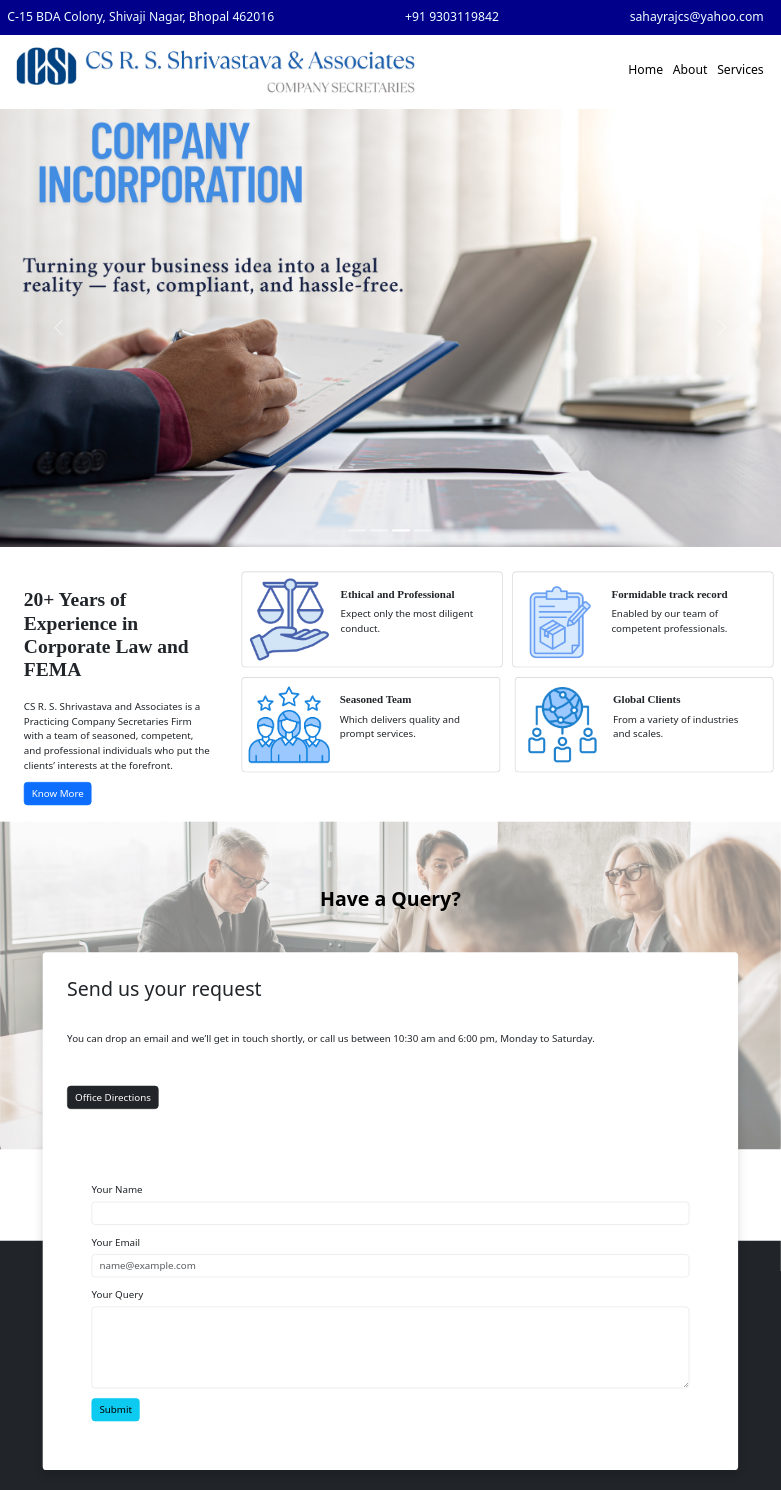
Repository: aayushiss/CS-RSS
Page: index.html
The author's editor kept a copy of each file at every save. The page is drawn from the files as they stood at one save, then again after the next save.
The browser window is 1280 px wide. The pictures show the whole page, at 61% of full size.

Above is the page before, as saved 2025-05-20 18:38:14.

### index.html
<!DOCTYPE html>
<html lang="en">

<head>
  <meta charset="UTF-8">
  <meta name="viewport" content="width=device-width, initial-scale=1.0">
  <title>R. S. Shrivastava</title>
  <link href="https://cdn.jsdelivr.net/npm/bootstrap@5.3.3/dist/css/bootstrap.min.css" rel="stylesheet"
    integrity="sha384-QWTKZyjpPEjISv5WaRU9OFeRpok6YctnYmDr5pNlyT2bRjXh0JMhjY6hW+ALEwIH" crossorigin="anonymous">
  <link rel="stylesheet" type="text/css" href="style.css">
</head>

<body>
  <nav class="navbar fixed-top custom-navbar">
    <div class="container-fluid d-flex justify-content-between">
      <a class="navbar-brand"
        href="https://www.google.com/maps/place/R+S+SHRIVASTAVA+%26+ASSOCIATES/@23.2288499,77.4244091,17z/data=!3m1!4b1!4m6!3m5!1s0x397c425fada83073:0xcb1e8ba90a487f4e!8m2!3d23.228845!4d77.426984!16s%2Fg%2F1td0r8v9?entry=ttu&g_ep=EgoyMDI1MDUxMi4wIKXMDSoASAFQAw%3D%3D"
        target="_blank">C-15 BDA Colony, Shivaji Nagar, Bhopal 462016</a>
      <a class="navbar-brand" href="" tel:+919303119842"">+91 9303119842</a>
      <a class="navbar-brand" href="mailto:sahayrajcs@yahoo.com">sahayrajcs@yahoo.com</a>
    </div>
  </nav>
  <div class="navbar-space"></div>

  <nav class="navbar sticky-top second-navbar bg-white">
    <div class="container-fluid d-flex justify-content-between align-items-center">
      <a class="navbar-brand" href="index.html">
        <img src="images/icsi logo.jpg" alt="Logo" height="100rem" class="d-inline-block align-text-top">
      </a>
      <!-- </div> -->
      <div class="d-flex">
        <a class="navbar-brand" href="index.html">Home</a>
        <a class="navbar-brand" href="about.html">About</a>
        <a class="navbar-brand" href="services.html">Services</a>
      </div>
  </nav>

  <div id="carouselExampleCaptions" class="carousel slide" data-bs-ride="carousel" data-bs-interval="2000"
    data-bs-pause="false">
    <div class="carousel-indicators">
      <button type="button" data-bs-target="#carouselExampleCaptions" data-bs-slide-to="0" class="active"
        aria-current="true" aria-label="Slide 1"></button>
      <button type="button" data-bs-target="#carouselExampleCaptions" data-bs-slide-to="1"
        aria-label="Slide 2"></button>
      <button type="button" data-bs-target="#carouselExampleCaptions" data-bs-slide-to="2"
        aria-label="Slide 3"></button>
      <button type="button" data-bs-target="#carouselExampleCaptions" data-bs-slide-to="3"
        aria-label="Slide 4"></button>
    </div>
    <div class="carousel-inner">
      <div class="carousel-item active">
        <img src="images/Trusted corporate governance partner.png" class="d-block w-100" alt="...">
        <div class="carousel-caption d-none d-md-block">
          <!-- <h5>First slide label</h5>
              <p>Some representative placeholder content for the first slide.</p> -->
        </div>
      </div>
      <div class="carousel-item">
        <img src="images/LegalConsultancy.png" class="d-block w-100" alt="...">
      </div>
      <div class="carousel-item">
        <img src="images/companyIncorporation.png" class="d-block w-100" alt="...">
      </div>
      <div class="carousel-item">
        <img src="images/annualFilingReturn.png" class="d-block w-100" alt="...">
      </div>
    </div>
    <button class="carousel-control-prev" type="button" data-bs-target="#carouselExampleCaptions" data-bs-slide="prev">
      <span class="carousel-control-prev-icon" aria-hidden="true"></span>
      <span class="visually-hidden">Previous</span>
    </button>
    <button class="carousel-control-next" type="button" data-bs-target="#carouselExampleCaptions" data-bs-slide="next">
      <span class="carousel-control-next-icon" aria-hidden="true"></span>
      <span class="visually-hidden">Next</span>
    </button>
  </div>
  <div class="container-fluid" style="margin-top: 40px;">

    <div class="row">
      <div class="col-auto" style="width: 30vw;">
        <div class="card" style="border-color: white;">
          <div class="card-body">
            <h5 class="card-title">20+ Years of
              Experience in Corporate Law and FEMA</h5>
            <p class="card-text" style="padding-top: 20px">CS R. S. Shrivastava and Associates is a Practicing Company
              Secretaries Firm with a team of seasoned, competent, and professional individuals who put the clients’
              interests at the forefront.</p>
            <a href="about.html" class="btn btn-primary">Know More</a>
          </div>
        </div>
      </div>
      <div class="col">
        <div class="row row-cols-2 g-3">
          <div class="col">
            <div class="card mb-3">
              <div class="row g-0">
                <div class="col-md-4">
                  <img src="images/8629542.png" class="img-fluid rounded-start" alt="...">
                </div>
                <div class="col-md-8">
                  <div class="card-body">
                    <h5 class="card-title">Ethical and Professional</h5>
                    <p class="card-text">Expect only the most diligent conduct.</p>
                  </div>
                </div>
              </div>
            </div>
          </div>
          <div class="col">
            <div class="card mb-3">
              <div class="row g-0">
                <div class="col-md-4">
                  <img src="images/16919209.png" class="img-fluid rounded-start" alt="...">
                </div>
                <div class="col-md-8">
                  <div class="card-body">
                    <h5 class="card-title">Formidable track record</h5>
                    <p class="card-text">Enabled by our team of competent professionals.</p>
                  </div>
                </div>
              </div>
            </div>
          </div>
        </div>
        <div class="row">
          <div class="col">
            <div class="card mb-3">
              <div class="row g-0">
                <div class="col-md-4">
                  <img src="images/images.png" class="img-fluid rounded-start" alt="...">
                </div>
                <div class="col-md-8">
                  <div class="card-body">
                    <h5 class="card-title">Seasoned Team
                    </h5>
                    <p class="card-text">Which delivers quality and prompt services.</p>
                  </div>
                </div>
              </div>
            </div>
          </div>
          <div class="col">
            <div class="card mb-3">
              <div class="row g-0">
                <div class="col-md-4">
                  <img src="images/11743537.png" class="img-fluid rounded-start" alt="...">
                </div>
                <div class="col-md-8">
                  <div class="card-body">
                    <h5 class="card-title">Global Clients
                    </h5>
                    <p class="card-text">From a variety of industries and scales.</p>
                  </div>
                </div>
              </div>
            </div>
          </div>
        </div>
      </div>
    </div>
  </div>

  <div class="position-relative" style="margin-bottom: 150px;" id="contact-section">
    <img src="images/haveAQuery.jpg" class="img-fluid" alt="..." style="opacity: .5;">
    <h2 class="position-absolute start-50 translate-middle-x text-black fw-bold" style="top: 20%;">
      Have a Query?
    </h2>

    <div class="container-md position-absolute start-50 translate-middle-x" style="top: 40%;">
      <div class="row bg-white rounded shadow">
        <div class="col" style="padding: 40px;">
          <h2>Send us your request</h2>
          <p style="margin-top: 50px;">
            You can drop an email and we’ll get in touch shortly, or call us between 10:30 am and 6:00 pm, Monday to
            Saturday.
          </p>
          <div class="btn btn-dark" style="margin-top: 50px;">
            <a href="https://www.google.com/maps/place/R+S+SHRIVASTAVA+%26+ASSOCIATES/@23.2288499,77.4244091,17z/data=!3m1!4b1!4m6!3m5!1s0x397c425fada83073:0xcb1e8ba90a487f4e!8m2!3d23.228845!4d77.426984!16s%2Fg%2F1td0r8v9?entry=ttu&g_ep=EgoyMDI1MDUxMi4wIKXMDSoASAFQAw%3D%3D"
              style="color: white; text-decoration: none; padding-top: 20px;" target="_blank">Office Directions</a>
          </div>
        </div>
        <form id="form" style="padding: 40px;">
          <div class="col" style="padding: 40px;">
            <div class="mb-3">
              <label for="name" class="form-label">Your Name</label>
              <input class="form-control" id="name" required>
            </div>
            <div class="mb-3">
              <label for="email" class="form-label">Your Email</label>
              <input type="email" class="form-control" id="email" placeholder="name@example.com" required>
            </div>
            <div class="mb-3">
              <label for="query" class="form-label">Your Query</label>
              <textarea class="form-control" id="query" rows="5"></textarea>
            </div>
            <button type="submit" class="btn btn-info">Submit</button>
          </div>
          </form>
      </div>
    </div>
  </div>
  </div>
  <footer class="bg-dark text-white py-4 mt-5">
    <div class="container">
      <div class="row">
        <div class="col">
          <h3>Quick Links</h3>
          <ul class="footer-links">
            <li><a href="index.html">Home</a></li>
            <li><a href="about.html">About</a></li>
            <li><a href="#contact-section">Contact Us</a></li>
          </ul>
        </div>
        <div class="col">
          <h3>Services</h3>
          <ul class="footer-links">
            <li><a href="index.html">Company and LLP Formation</a></li>
            <li><a href="about.html">FEMA and RBI Matters</a></li>
            <li><a href="#contact-section">Audit and Compliance – Companies Act, 2013</a></li>
            <li><a href="hncjsd">Amalgamation, Merger, De-merger & Takeover</a></li>
            <li><a href="hncjsd">Agreements & Petitions</a></li>
            <li><a href="hncjsd">Corporate Governance</a></li>
            <li><a href="hncjsd">Industrial Licensing</a></li>
          </ul>
        </div>
        <div class="col" style="margin-top: 2rem;">
          <ul class="footer-links">
            <li><a href="hncjsd">XBRL Filing</a></li>
            <li><a href="hncjsd">SEBI Matters and IPO</a></li>
            <li><a href="hncjsd">CSR Consultancy</a></li>
            <li><a href="hncjsd">Management Consultancy</a></li>
            <li><a href="hncjsd">ESOP and SAR</a></li>
            <li><a href="hncjsd">Liquidation Under
                Insolvency and Bankruptcy Code 2016</a></li>
            <li><a href="hncjsd">Data room creation, Due Diligence</a></li>
          </ul>
        </div>
      </div>

    </div>
    <p class="text-center mt-5">&copy; 2025 CS R. S. Shrivastava and Associates. All rights reserved.</p>
  </footer>

  <script src="backend/main.js"></script>


  <script src="https://cdn.jsdelivr.net/npm/bootstrap@5.3.3/dist/js/bootstrap.bundle.min.js"
    integrity="sha384-YvpcrYf0tY3lHB60NNkmXc5s9fDVZLESaAA55NDzOxhy9GkcIdslK1eN7N6jIeHz"
    crossorigin="anonymous"></script>
</body>

</html>

### style.css
.custom-navbar {
    background-color: darkblue;
}

.custom-navbar .navbar-brand {
    color: azure;
}

.navbar-space {
    margin-top: 50px;
}

.second-navbar .navbar-brand {
    color: black;
}

.custom-card {
    height: 25vh;
}

.custom-card .card-img {
    height: 100%;
    object-fit: cover;
}

.container-fluid .card {
    padding: 10px;
}

.container-fluid .card-title {
    font-family: 'Times New Roman', Times, serif;
    font-weight: bold;
    font-size: xx-large;
}

.container-fluid .col-md-8 .card-title {
    font-family: 'Times New Roman', Times, serif;
    font-size: large;
}

.footer-links ul {
    list-style: none;
    text-decoration: none;
}

.footer-links a {
    color: white;
    text-decoration: none;
}

### backend/main.js
console.log("Script loaded!");

document.getElementById("form").addEventListener("submit", async function(e) {
    e.preventDefault();

    const name = document.getElementById("name").value;
    const email = document.getElementById("email").value;
    const query = document.getElementById("query").value;

    try {
      const response = await fetch("http://localhost:5050/submit-form", {
        method: "POST",
        headers: {
          "Content-Type": "application/json",
        },
        body: JSON.stringify({ name, email, query }),
      });

      const data = await response.json();
      if (response.ok) {
        alert("Query submitted successfully!");
        document.getElementById("form").reset(); // 👈 Clears all form fields
      } else {
        alert(data.message || "Submission failed.");
      }
    } catch (error) {
      console.error(error);
      alert("There was an error submitting the form.");
    }
  });

After the next save:
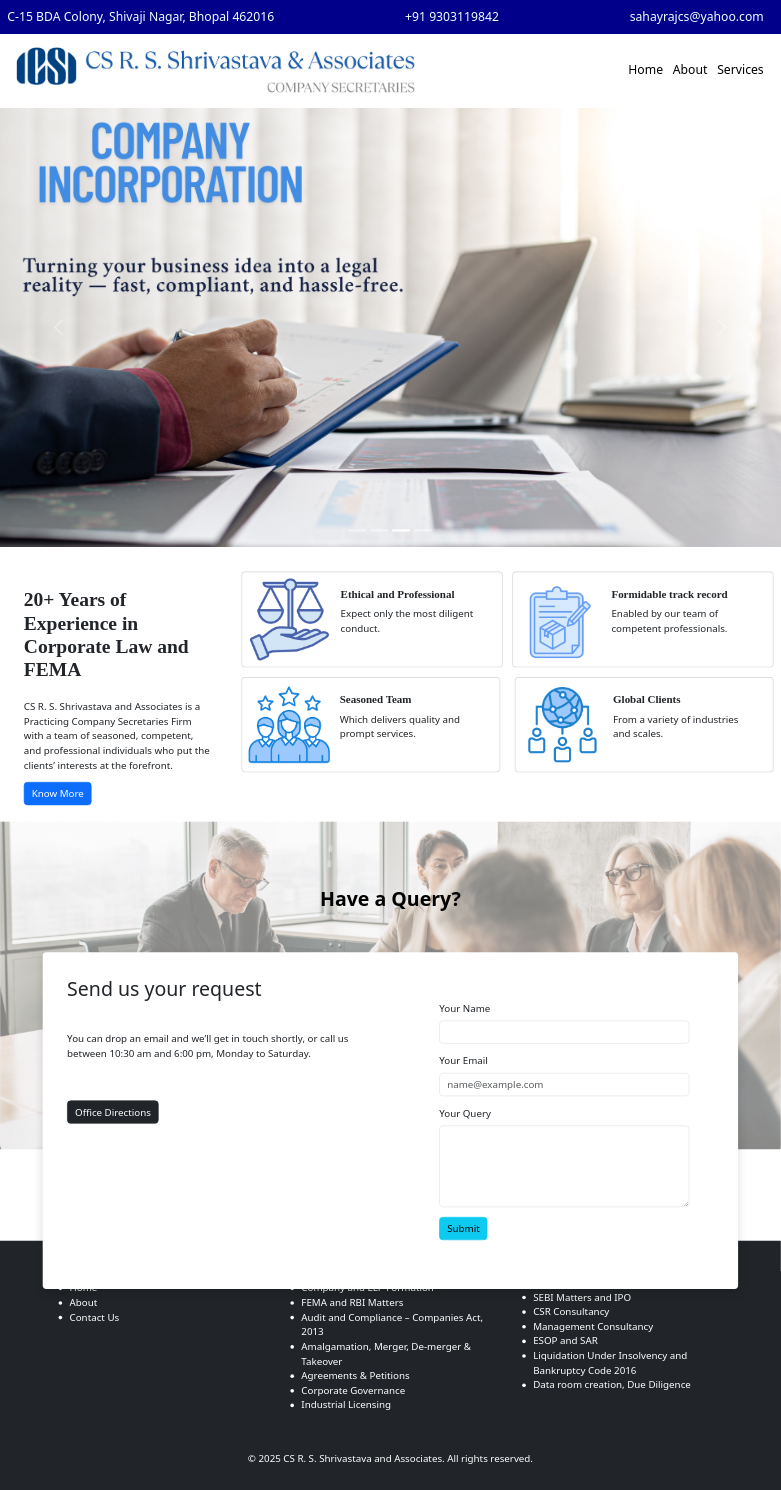
Saved 119 s later.
--- a/index.html
+++ b/index.html
@@ -179,8 +179,8 @@
               style="color: white; text-decoration: none; padding-top: 20px;" target="_blank">Office Directions</a>
           </div>
         </div>
-        <form id="form" style="padding: 40px;">
           <div class="col" style="padding: 40px;">
+            <form id="form" style="padding: 40px;">
             <div class="mb-3">
               <label for="name" class="form-label">Your Name</label>
               <input class="form-control" id="name" required>
